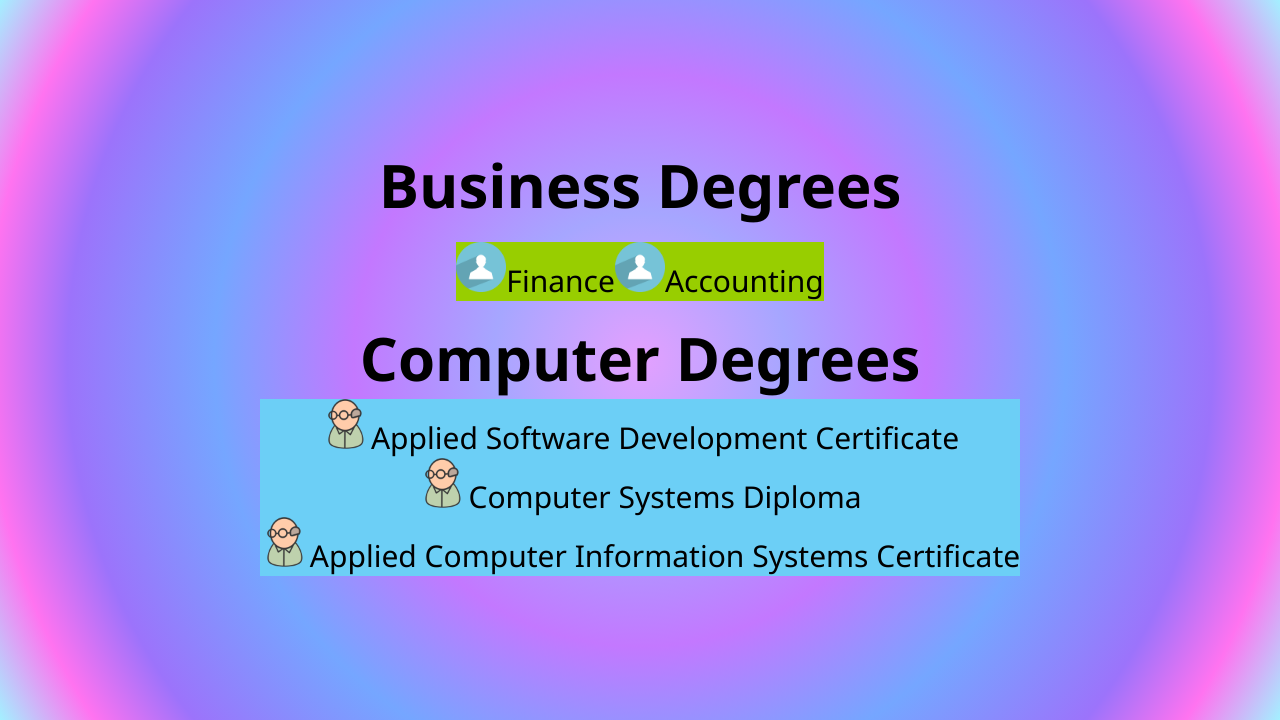
Repository: NeemaToto/mdia2109week3
Page: /
These files come from the project's save history. The page is drawn as it stood at one moment and after the next save; the edit follows.
The browser window is 1280 px wide. The pictures show the whole page.
The project was rebuilt for these pictures with package versions that can differ from the ones it lists, and the page was loaded fresh each time. The framework's server and built-in components were replaced by stand-ins that run in the browser. Also part of the build but not shown: next.config.js.

Above is the page before, as saved 2023-01-19 14:46:38.

After the next save:
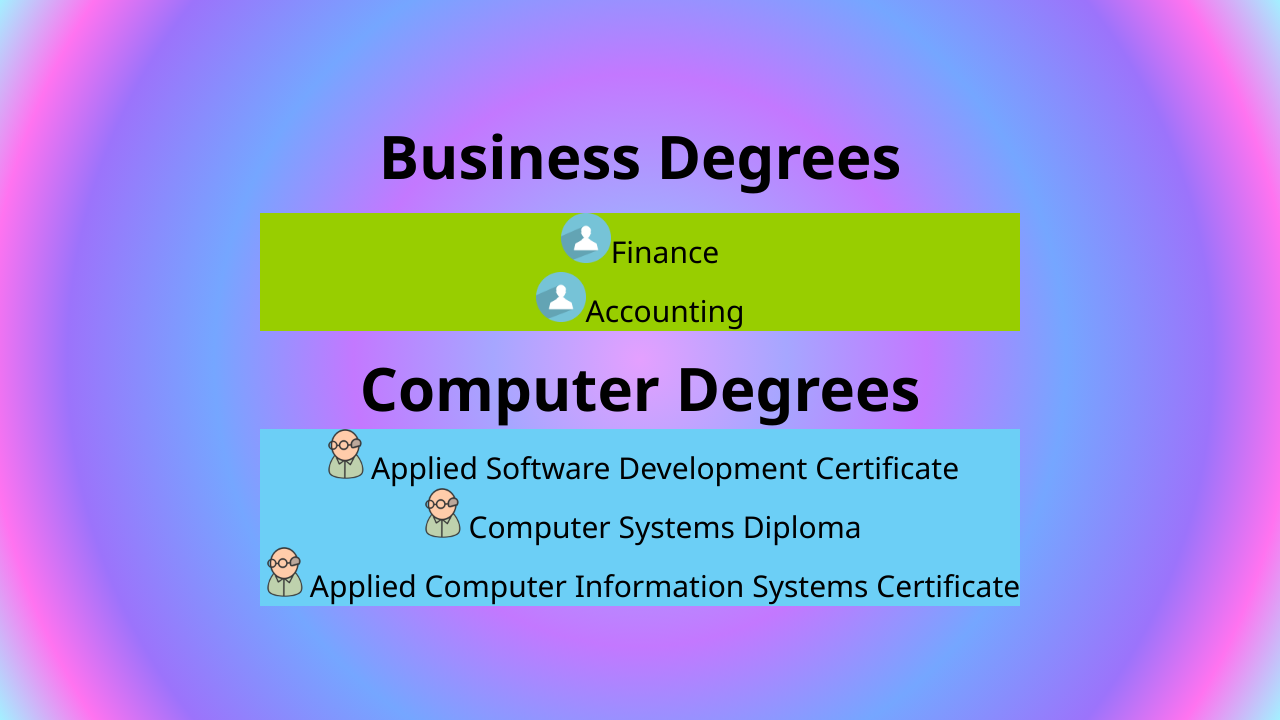
Saved 6 s later.
--- a/styles/Home.module.css
+++ b/styles/Home.module.css
@@ -295,11 +295,3 @@
 .businessContainer > h1{
 
 }
-
-.da{
-  display: flex;
-  justify-content: center;
-  align-items: center;
-  align-content: center;
-  text-align: center;
-}
